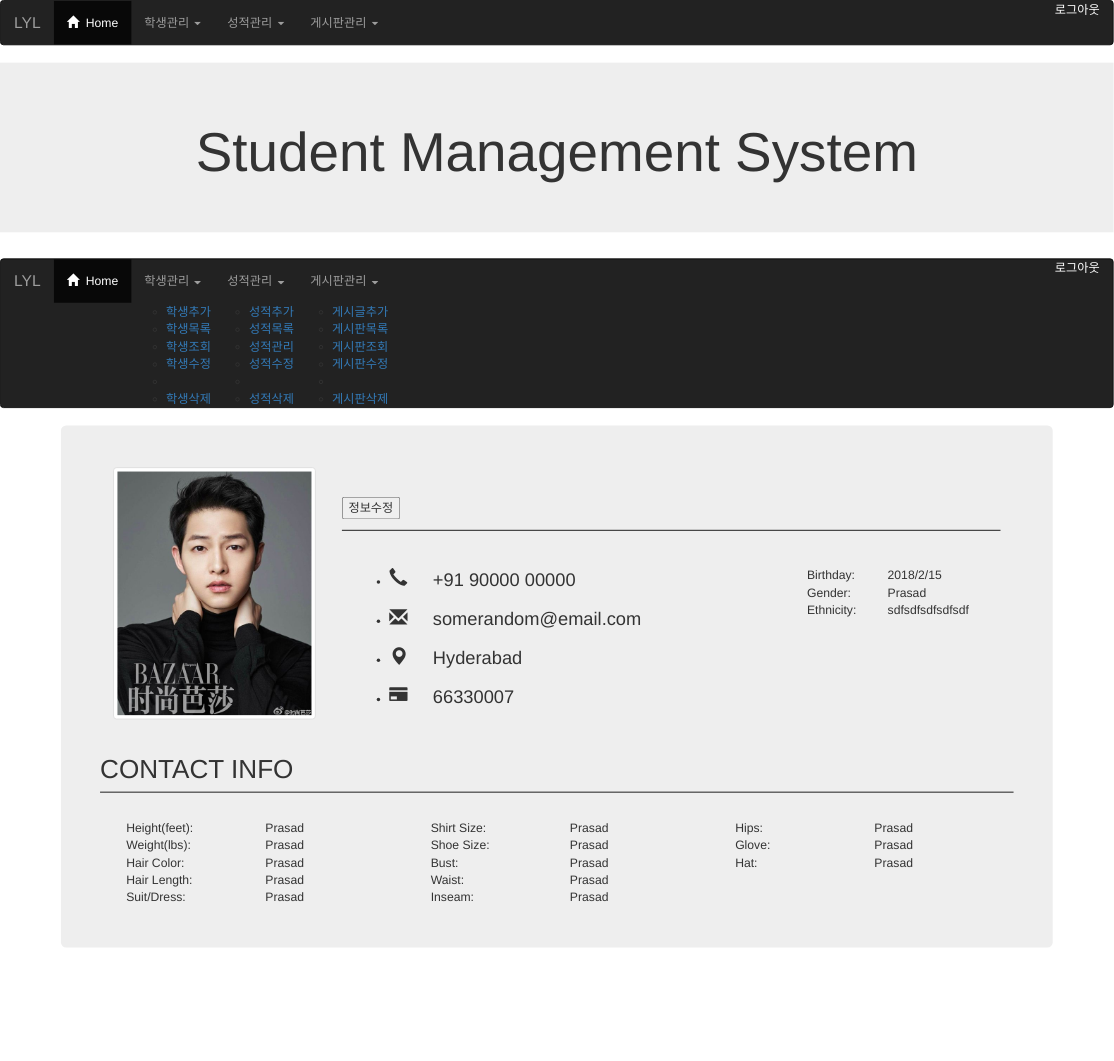
Repository: nikia0522/GMS2-JQUERY
Page: http://localhost/GMS2/WEB-INF/view/member/member_detail.jsp
These files come from the project's save history. The page is drawn as it stood at one moment and after the next save; the edit follows.
The browser window is 1280 px wide. The pictures show the whole page, at 87% of full size.
Some web libraries are served in a nearby version. The page is served by Tomcat 9. Nobody is signed in. Other server files are loaded and not shown. The template is opened directly, without the code that normally fills it, so the values that code supplies are empty.

Above is the page before, as saved 2017-08-29 06:59:01.

### GMS2/WebContent/WEB-INF/view/member/member_detail.jsp
<%@ page language="java" contentType="text/html; charset=UTF-8" pageEncoding="UTF-8"%>
<jsp:include page="../common/common_head.jsp"/>
<header>
<jsp:include page="../common/navbar.jsp"/>
</header>
      <div class="container">
          <div class="jumbotron">
            <div class="row">
                <div class="col-md-3 col-xs-12 col-sm-6 col-lg-3">
                  <div class="thumbnail text-center photo_view_postion_b" >
                    <img src="${img}/song.jpg" alt="stack photo" class="img">
                  </div>
                </div>
                <div class="col-md-9 col-xs-12 col-sm-6 col-lg-9">
                    <div class="" style="border-bottom:1px solid black">
                   	<span style="font-size:50px">${requestScope.student.name}</span>
                      <button id="updateBtn" onclick="moveTo('member','member_update')">정보수정</button>
                    </div>
                      <hr>
                    <div class="col-md-8">
                    <ul class=" details">
                      <li><p><span class="glyphicon glyphicon-earphone one" style="width:50px;"></span>+91 90000 00000</p></li>
                      <li><p><span class="glyphicon glyphicon-envelope one" style="width:50px;"></span>somerandom@email.com</p></li>
                      <li><p><span class="glyphicon glyphicon-map-marker one" style="width:50px;"></span>Hyderabad</p></li>
                      <li><p><span class="glyphicon glyphicon-credit-card one" style="width:50px;"></span>66330007</p></li>
                    </ul>
                    </div>
                    <div class="col-md-4">
                      <div class="col-sm-5 col-xs-6 tital " >Birthday:</div><div class="col-sm-7 col-xs-6 ">2018/2/15</div>
                      <div class="clearfix"></div><div class="bot-border"></div>
                      <div class="col-sm-5 col-xs-6 tital " >Gender:</div><div class="col-sm-7 col-xs-6 ">Prasad</div>
                      <div class="clearfix"></div><div class="bot-border"></div>
                      <div class="col-sm-5 col-xs-6 tital " >Ethnicity:</div><div class="col-sm-7 col-xs-6 ">sdfsdfsdfsdfsdf</div>
                      <div class="clearfix"></div><div class="bot-border"></div>
                    </div>
                </div>
              </div>
              <div class="row">
                <div class="form-group row">
                  <div class="col-md-12">
                  <div class="form-group" style="border-bottom:1px solid black">
                      <h2>CONTACT INFO</h2>
                  </div>
                  </div>
                </div>
              </div>
              <div class="row">
               <div class="col-md-4">
                  <div class="col-sm-6 col-xs-6 tital " >Height(feet):</div><div class="col-sm-6 col-xs-6 contant_i">Prasad</div>
                  <div class="clearfix"></div><div class="bot-border"></div>
                  <div class="col-sm-6 col-xs-6 tital " >Weight(lbs):</div><div class="col-sm-6 col-xs-6 contant_i">Prasad</div>
                  <div class="clearfix"></div><div class="bot-border"></div>
                  <div class="col-sm-6 col-xs-6 tital " >Hair Color:</div><div class="col-sm-6 col-xs-6 contant_i">Prasad</div>
                  <div class="clearfix"></div><div class="bot-border"></div>
                  <div class="col-sm-6 col-xs-6 tital " >Hair Length:</div><div class="col-sm-6 col-xs-6 contant_i">Prasad</div>
                  <div class="clearfix"></div><div class="bot-border"></div>
                  <div class="col-sm-6 col-xs-6 tital " >Suit/Dress:</div><div class="col-sm-6 col-xs-6 contant_i">Prasad</div>
                  <div class="clearfix"></div><div class="bot-border"></div>
               </div>
               <div class="col-md-4">
                  <div class="col-sm-6 col-xs-6 tital " >Shirt Size:</div><div class="col-sm-6 col-xs-6 contant_i">Prasad</div>
                  <div class="clearfix"></div><div class="bot-border"></div>
                  <div class="col-sm-6 col-xs-6 tital " >Shoe Size:</div><div class="col-sm-6 col-xs-6 contant_i">Prasad</div>
                  <div class="clearfix"></div><div class="bot-border"></div>
                  <div class="col-sm-6 col-xs-6 tital " >Bust:</div><div class="col-sm-6 col-xs-6 contant_i">Prasad</div>
                  <div class="clearfix"></div><div class="bot-border"></div>
                  <div class="col-sm-6 col-xs-6 tital " >Waist:</div><div class="col-sm-6 col-xs-6 contant_i">Prasad</div>
                  <div class="clearfix"></div><div class="bot-border"></div>
                  <div class="col-sm-6 col-xs-6 tital " >Inseam:</div><div class="col-sm-6 col-xs-6 contant_i">Prasad</div>
                  <div class="clearfix"></div><div class="bot-border"></div>
               </div>
               <div class="col-md-4">
                  <div class="col-sm-6 col-xs-6 tital " >Hips:</div><div class="col-sm-6 col-xs-6 contant_i">Prasad</div>
                  <div class="clearfix"></div><div class="bot-border"></div>
                  <div class="col-sm-6 col-xs-6 tital " >Glove:</div><div class="col-sm-6 col-xs-6 contant_i">Prasad</div>
                  <div class="clearfix"></div><div class="bot-border"></div>
                  <div class="col-sm-6 col-xs-6 tital " >Hat:</div><div class="col-sm-6 col-xs-6 contant_i">Prasad</div>
                  <div class="clearfix"></div><div class="bot-border"></div>
               </div>
              </div>

          </div>
      </div>

### GMS2/WebContent/WEB-INF/view/common/common_head.jsp
  <%@ page language="java" contentType="text/html; charset=UTF-8" pageEncoding="UTF-8"%>
<!DOCTYPE html>
<html>
<head>
<meta charset="UTF-8" name="viewport" content="width=device-width, initial-scale=1.0">
<title>**Student Detail**</title>
 <link rel="stylesheet" href="https://maxcdn.bootstrapcdn.com/bootstrap/3.3.7/css/bootstrap.min.css">
  <script src="https://ajax.googleapis.com/ajax/libs/jquery/3.2.0/jquery.min.js"></script>
  <script src="https://maxcdn.bootstrapcdn.com/bootstrap/3.3.7/js/bootstrap.min.js"></script>
<link rel="stylesheet" href="${ctx}/resources/css/member.css"/>
</head>
<body>
<div id="wrapper">
	<header>
	<jsp:include page="navbar.jsp"/>
	<div class="jumbotron text-center">
		<h1>Student Management System</h1>
</div>
	</header>

### GMS2/WebContent/WEB-INF/view/common/navbar.jsp
<%@ page language="java" contentType="text/html; charset=UTF-8" pageEncoding="UTF-8"%>
<nav class="navbar navbar-inverse">
  <div class="container-fluid">
    <div class="navbar-header">
      <a class="navbar-brand" href="#">LYL</a>
    </div>
    <ul class="nav navbar-nav">
      <li class="active"><a id="go_main" ><span class="glyphicon glyphicon-home"></span> &nbsp;Home</a></li>
      <li class="dropdown">
      <a href="#" class="dropdown-toggle" data-toggle="dropdown" role="button" aria-haspopup="true" aria-expanded="false">학생관리 <span class="caret"></span></a>
      <ul id="navbar_ul_stu" >
      	<li><a >학생추가</a></li>
        <li><a >학생목록</a></li>
        <li><a >학생조회</a></li>
        <li><a >학생수정</a></li>
        <li ></li>
        <li><a >학생삭제</a></li>
      </ul>
      </li>
      <li class="dropdown">
      <a href="#" class="dropdown-toggle" data-toggle="dropdown" role="button" aria-haspopup="true" aria-expanded="false">성적관리 <span class="caret"></span></a>
      <ul id="navbar_ul_grade" >
      	<li><a >성적추가</a></li>
        <li><a >성적목록</a></li>
        <li><a >성적관리</a></li>
        <li><a >성적수정</a></li>
        <li ></li>
        <li><a >성적삭제</a></li>
      </ul>
      </li>
      <li class="dropdown">
      <a href="#" class="dropdown-toggle" data-toggle="dropdown" role="button" aria-haspopup="true" aria-expanded="false">게시판관리 <span class="caret"></span></a>
      <ul id="navbar_ul_board" >
      	<li><a >게시글추가</a></li>
        <li><a >게시판목록</a></li>
        <li><a >게시판조회</a></li>
        <li><a >게시판수정</a></li>
        <li ></li>
        <li><a >게시판삭제</a></li>
      </ul>
      </li>
    </ul>
    <span class="float-right" >${sessionScope.user.name} &nbsp; <a id="logout"> 로그아웃</a></span>
  </div>
</nav>

<script>
	window.onload=navbarLoad(); //hoisting 문법
	function logout(dir,page){
		location.href="${ctx}/"+dir+".do?action=logout&page="+page;
		return true;
	}
	function moveTo(dir, page){
		location.href="${ctx}/"+dir+".do?action=move&page="+page;
	}
	function deleteTarget(target){
		prompt(target+"의 ID?");
	}
	function list(dir,page,pageNumber){
		location.href="${ctx}/"+dir+".do?action=list&page="+page+"&pageNumber="+pageNumber;
	}
	function mainLoad(){
		var u1=document.getElementById("main_ul_stu");
		var u2=document.getElementById("main_ul_grade");
		var u3=document.getElementById("main_ul_board");
		u1.setAttribute("class", "list-group");
		u2.setAttribute("class", "list-group");
		u3.setAttribute("class", "list-group");
		var u1c=u1.children;
		var u2c=u2.children;
		var u3c=u3.children;
		var i;
		for(i=0;i<u1c.length;i++){
			u1c[i].setAttribute("class", "list-group-item");
		}
		for(i=0;i<u2c.length;i++){
			u2c[i].setAttribute("class", "list-group-item");
		}
		for(i=0;i<u3c.length;i++){
			u3c[i].setAttribute("class", "list-group-item");
		}
		u1c[0].setAttribute("onclick", "moveTo('member', 'member_add')");
		u1c[1].setAttribute("onclick", "list('member', 'member_list', '1')");
		u1c[2].setAttribute("onclick", "moveTo('member', 'member_search')");
		u1c[3].setAttribute("onclick", "moveTo('member', 'member_update')");
		u1c[4].setAttribute("onclick", "deleteTarget('학생')");

		u2c[0].setAttribute("onclick", "moveTo('grade', 'grade_add')");
		u2c[1].setAttribute("onclick", "list('grade', 'grade_list', '1')");
		u2c[2].setAttribute("onclick", "moveTo('grade', 'grade_detail')");
		u2c[3].setAttribute("onclick", "moveTo('grade', 'grade_update')");
		u2c[4].setAttribute("onclick", "deleteTarget('성적')")

		u3c[0].setAttribute("onclick", "moveTo('board', 'board_add')");
		u3c[1].setAttribute("onclick", "list('board', 'board_list', '1')");
		u3c[2].setAttribute("onclick", "moveTo('board', 'board_detail')");
		u3c[3].setAttribute("onclick", "moveTo('board', 'board_update')");
		u3c[4].setAttribute("onclick", "deleteTarget('게시글')");
	}
	function navbarLoad(){
		var u1=document.getElementById("navbar_ul_stu");
		var u2=document.getElementById("navbar_ul_grade");
		var u3=document.getElementById("navbar_ul_board");

		var u1c=u1.children;
		var u2c=u2.children;
		var u3c=u3.children;

		u1.setAttribute("class", "dropdown-menu");
		u2.setAttribute("class", "dropdown-menu");
		u3.setAttribute("class", "dropdown-menu");

		u1c[0].setAttribute("onclick", "moveTo('member','member_add')");
		u1c[1].setAttribute("onclick", "list('member','member_list','1')");
		u1c[2].setAttribute("onclick", "moveTo('member','member_search')");
		u1c[3].setAttribute("role","separator");
		u1c[4].setAttribute("class", "divider");
		u1c[5].setAttribute("onclick", "deleteTarget('학생')");

		u2c[0].setAttribute("onclick", "moveTo('grade', 'grade_add')");
		u2c[1].setAttribute("onclick", "list('grade', 'grade_list','1')");
		u2c[2].setAttribute("onclick", "moveTo('grade', 'grade_detail')");
		u2c[3].setAttribute("role","separator");
		u2c[4].setAttribute("class", "divider");
		u2c[5].setAttribute("onclick", "deleteTarget('성적')");

		u3c[0].setAttribute("onclick", "moveTo('board', 'board_add')");
		u3c[1].setAttribute("onclick", "list('board', 'board_list','1')");
		u3c[2].setAttribute("onclick", "moveTo('board', 'board_detail')");
		u3c[3].setAttribute("role","separator");
		u3c[4].setAttribute("class", "divider");
		u3c[5].setAttribute("onclick", "deleteTarget('게시글')");

		var main=document.getElementById("go_main");
		main.setAttribute("onclick", "moveTo('common', 'main')");

		var logout=document.getElementById("logout");
		logout.setAttribute("onclick", "moveTo('common', 'login')");
		logout.setAttribute("style", "color:white");
	}

	function updateStudent(id){
		alert('수정할 id='+id);
		location.href="${ctx}/member.do?action=update&page=member_update&id="+id;
	}
	function deleteStudent(id){
		alert('삭제할 id='+id);
		location.href="${ctx}/member.do?action=delete&page=member_list&id="+id;
	}
	function detailStudent(id){
		alert('조회할 id='+id);
		location.href="${ctx}/member.do?action=detail&page=member_detail&id="+id;
	}
	function searchStudent(){
		var search=document.getElementById('search').value;
		location.href="${ctx}/member.do?action=search&page=member_list&search="+search;
	}


</script>

### GMS2/WebContent/resources/css/member.css
@CHARSET "UTF-8";
@IMPORT "common.css";

/* login.html */
#index-tab{width:80%; margin:0 auto; text-align: center}
#index-tab-tr>th{background-color:#f9c2d8; border: 1px solid black}
#index-tab-tr>td{border: 1px solid black; width:30%; text-decoration:none}
#index-tab-tr>td>ul{list-style-type:none}
.gms-index-ul{width: 80%; list-style-type:none; text-align: center}
.gms-index-ul>li{border: 1px solid black}
.gms-index-ul>li>a{text-decoration:none}

/* member_login */
#login_id{display:inline-block; color:rgb(90,90,90); font-size: 20px; width:150px}
#login_pass{display:inline-block; color:rgb(90,90,90); font-size: 20px; width:150px}
#login_btn{text-align: center; width: 135px; height: 50px; background-color:rgb(255, 239, 116)}
#cancel_btn{text-align: center; color:white; width: 135px; height: 50px; background-color:rgb(215, 0, 129)}

/* member_add.html */
#join_form{border-style: dotted; margin:0 auto}
#join_id{display:inline-block; color:rgb(90,90,90); font-size: 20px; width: 150px}
#join_pass{display:inline-block; color:rgb(90,90,90);font-size: 20px; width: 150px}
#join_name{display:inline-block; color:rgb(90,90,90); font-size: 20px; width: 150px}
#join_dob{display:inline-block; color:rgb(90,90,90); font-size: 20px; width: 150px}
#join_email{display:inline-block; color:rgb(90,90,90); font-size: 20px; width: 150px}
#join_phone{display:inline-block; color:rgb(90,90,90); font-size: 20px; width: 150px}
#join_gender_male{color:rgb(90,90,90); font-size: 20px;}
#join_gender_female{color:rgb(90,90,90); font-size: 20px;}
#submit_btn{text-align: center; width: 135px; height: 30px; background-color:rgb(255, 239, 116)}
#reset_btn{text-align: center; color:white;width: 135px; height: 30px; background-color:rgb(215, 0, 129)}@CHARSET "UTF-8";

/* member_list */
#member_list_tab{margin:0 auto; text-align: center}
#member_list_tab th{background-color: #ccff99; border-bottom: 1px solid black; height: 40px;}
#member_list_tab td{border-bottom: 1px solid #808080; height: 40px}

/* member_search */
#member_search_box{width:300px; margin:0 auto;}

/* member_detail */
#member_detail_tab{width:90%; margin:0 auto;}
#member_detail_tab td{border:1px solid #808080; height:30px;}

### GMS2/WebContent/resources/css/common.css
@CHARSET "UTF-8";
html,body{height:100%; margin:0; padding:0; border:0;}
table{border-collapse: collapse; text-align: center}
#wrapper{position:relative; width:100%; min-height:100%; padding-bottom:100px;}
footer{position:absolute; bottom:0; left:0; width:100%; height: 100px;background-color:lightpink}
footer div{width: 80%; text-align: center; margin:0 auto; }
#title{text-align: center}
#go_main{float:right}
#container{margin:0 auto; width:80%; text-align: center}
#logout{color:white}

.gms-text-center{text-align: center}
.gms-border-black{border: 1px solid black}
.gms-width-30pro{width:30%}
.gms-width-100pro{width:100%}
.gms-width-150{width:150px}
.gms-text-deco-none{text-decoration:none}
.gms-margin-0{margin:0 auto}
.gms-list-none{list-style-type:none}
.gms-bgc-white{background-color:white}
.gms-bgc-blue{background-color:blue}
.gms-txtcolor-white{color:white}
.gms-txtcolor-blue{color:blue}
.gms-inline-block{display:inline-block}
.float-right{float:right}



/* unvisited link */
a:link {color: black;}
/* visited link */
a:visited {color: green;}
/* mouse over link */
a:hover {color: hotpink}
/* selected link */
a:active {color: blue;}

After the next save:
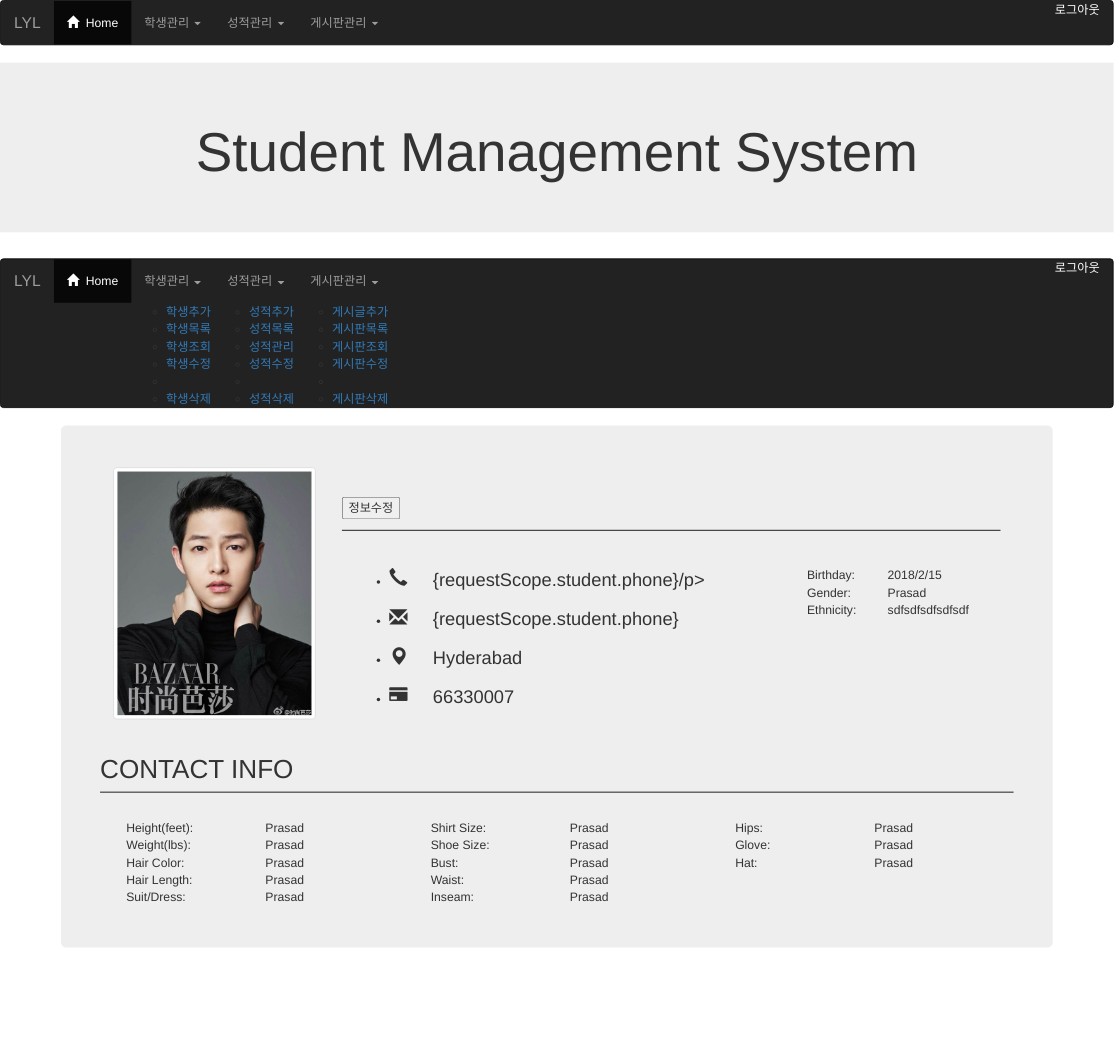
Saved 57 s later.
--- a/GMS2/WebContent/WEB-INF/view/member/member_detail.jsp
+++ b/GMS2/WebContent/WEB-INF/view/member/member_detail.jsp
@@ -19,8 +19,8 @@
                       <hr>
                     <div class="col-md-8">
                     <ul class=" details">
-                      <li><p><span class="glyphicon glyphicon-earphone one" style="width:50px;"></span>+91 90000 00000</p></li>
-                      <li><p><span class="glyphicon glyphicon-envelope one" style="width:50px;"></span>somerandom@email.com</p></li>
+                      <li><p><span class="glyphicon glyphicon-earphone one" style="width:50px;"></span>{requestScope.student.phone}/p></li>
+                      <li><p><span class="glyphicon glyphicon-envelope one" style="width:50px;"></span>{requestScope.student.phone}</p></li>
                       <li><p><span class="glyphicon glyphicon-map-marker one" style="width:50px;"></span>Hyderabad</p></li>
                       <li><p><span class="glyphicon glyphicon-credit-card one" style="width:50px;"></span>66330007</p></li>
                     </ul>
